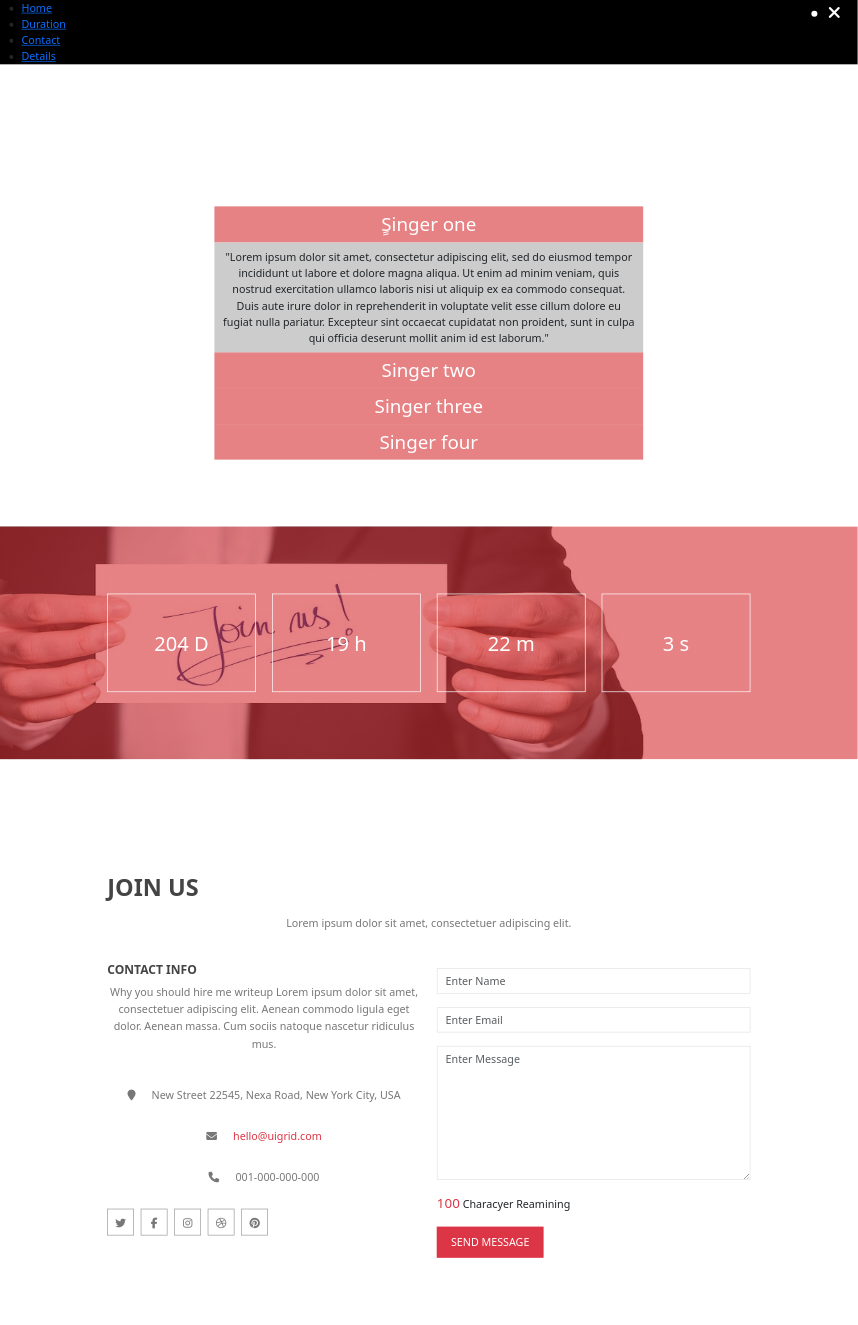
Repository: HagarYousry/jQuery
Page: index.html
These files come from the project's save history. The page is drawn as it stood at one moment and after the next save; the edit follows.
The browser window is 1280 px wide. The pictures show the whole page, at 67% of full size.

Above is the page before, as saved 2024-07-25 18:01:14.

### index.html
<!DOCTYPE html>
<html lang="en">

<head>
    <meta charset="UTF-8">
    <meta name="viewport" content="width=device-width, initial-scale=1.0">
    <title>Egyption party</title>
    <!-- web fonts  -->
    <link rel="stylesheet" href="css/all.min.css">
    <!-- bootstrap -->
    <link rel="stylesheet" href="css/bootstrap.min.css">
    <!-- main css -->
    <link rel="stylesheet" href="css/main.css">
</head>

<body>
    <div id="home">
        <div class="home-content">

            <div class="sideNav bg-black">
                <ul>
                    <li class="p-0 closeIcon">
                        <i class="fa-solid fa-xmark "></i>
                    </li>
                     <li ><a class="sideNav-link" href="#home">Home</a></li>
                     <li ><a class="sideNav-link" href="#Acordion">Duration</a></li>
                     <li ><a class="sideNav-link" href="#contact">Contact</a></li>
                     <li ><a class="sideNav-link" href="#count">Details</a></li>
                </ul>
            </div>

            <div class="home-title text-center text-white">
                <h1>ُEgyption Party</h1>
                <p>Let's have Fun</p>
            </div>


        </div>
    </div>










    <!-- ! start sideNav section -->
    <!-- <section id="sideNav">
        <div class="navAnchor bg-black">
            <ul>
                <li class="p-0 closeIcon">
                    <i class="fa-solid fa-xmark "></i>
                </li>
                 <li ><a class="sideNav-link" href="#home">Home</a></li>
                 <li ><a class="sideNav-link" href="#Acordion">Duration</a></li>
                 <li ><a class="sideNav-link" href="#contact">Contact</a></li>
                 <li ><a class="sideNav-link" href="#count">Details</a></li>
            </ul>
        </div>

        <div class="navIcon align-self-center bg-danger bg-opacity-50 m-1 text-white p-2">
            <div class="navIcon-content d-flex align-items-center">
                <i class="fa-solid fa-bars"></i>
                <h4 class="ms-2">open</h4>
            </div>
        </div>
    </section> -->
    <!--! end sideNav section -->

    <!--! start header section  -->
    <!-- <header id="home" class="d-flex justify-content-center align-items-center flex-column">
        <div class="home-content text-center text-white">
            <h1>ُEgyption Party</h1>
            <p>Let's have Fun</p>
        </div>
    </header> -->
    <!--! end header section  -->

    <!-- start Acordion section  -->
    <section id="Acordion" class="text-center">

        <div class="container-fluid w-50 ">
            <h3 class="toggle ">ٍSinger one</h3>
            <div class="inner first">"Lorem ipsum dolor sit amet, consectetur adipiscing elit, sed do eiusmod tempor
                incididunt ut labore et dolore magna aliqua. Ut enim ad minim veniam, quis nostrud exercitation ullamco
                laboris nisi ut aliquip ex ea commodo consequat. Duis aute irure dolor in reprehenderit in voluptate
                velit
                esse cillum dolore eu fugiat nulla pariatur. Excepteur sint occaecat cupidatat non proident, sunt in
                culpa
                qui officia deserunt mollit anim id est laborum."
            </div>


            <h3 class="toggle">Singer two</h3>
            <div class="inner">"Sed ut perspiciatis unde omnis iste natus error sit voluptatem accusantium doloremque
                laudantium, totam rem aperiam, eaque ipsa quae ab illo inventore veritatis et quasi architecto beatae
                vitae
                dicta sunt explicabo. Nemo enim ipsam voluptatem quia voluptas sit aspernatur aut odit aut fugit, sed
                quia
                consequuntur magni dolores eos qui ratione voluptatem sequi nesciunt. Neque porro quisquam est, qui
                dolorem
                ipsum quia dolor sit amet, consectetur, adipisci velit, sed quia non numquam eius modi tempora incidunt
                ut
                labore et dolore magnam aliquam quaerat voluptatem. Ut enim ad minima veniam, quis nostrum
                exercitationem
                ullam corporis suscipit laboriosam, nisi ut aliquid ex ea commodi consequatur? Quis autem vel eum iure
                reprehenderit qui in ea voluptate velit esse quam nihil molestiae consequatur, vel illum qui dolorem eum
                fugiat quo voluptas nulla pariatur?"
            </div>


            <h3 class="toggle">Singer three</h3>
            <div class="inner">"But I must explain to you how all this mistaken idea of denouncing pleasure and praising
                pain was born and I will give you a complete account of the system, and expound the actual teachings of
                the
                great explorer of the truth, the master-builder of human happiness. No one rejects, dislikes, or avoids
                pleasure itself, because it is pleasure, but because those who do not know how to pursue pleasure
                rationally
                encounter consequences that are extremely painful. Nor again is there anyone who loves or pursues or
                desires
                to obtain pain of itself, because it is pain, but because occasionally circumstances occur in which toil
                and
                pain can procure him some great pleasure. To take a trivial example, which of us ever undertakes
                laborious
                physical exercise, except to obtain some advantage from it? But who has any right to find fault with a
                man
                who chooses to enjoy a pleasure that has no annoying consequences, or one who avoids a pain that
                produces no
                resultant pleasure?"
            </div>


            <h3 class="toggle">Singer four</h3>
            <div class="inner">"At vero eos et accusamus et iusto odio dignissimos ducimus qui blanditiis praesentium
                voluptatum deleniti atque corrupti quos dolores et quas molestias excepturi sint occaecati cupiditate
                non
                provident, similique sunt in culpa qui officia deserunt mollitia animi, id est laborum et dolorum fuga.
                Et
                harum quidem rerum facilis est et expedita distinctio. Nam libero tempore, cum soluta nobis est eligendi
                optio cumque nihil impedit quo minus id quod maxime placeat facere possimus, omnis voluptas assumenda
                est,
                omnis dolor repellendus. Temporibus autem quibusdam et aut officiis debitis aut rerum necessitatibus
                saepe
                eveniet ut et voluptates repudiandae sint et molestiae non recusandae. Itaque earum rerum hic tenetur a
                sapiente delectus, ut aut reiciendis voluptatibus maiores alias consequatur aut perferendis doloribus
                asperiores repellat."

            </div>

        </div>
    </section>
    <!-- end Acordion section  -->

    <!-- start count section  -->
    <section id="count">
        <div class="container-fluid w-75 text-center text-white">
            <div class="row">
                <div class="col-md-3">
                    <div class="time">
                        <span class="days">00</span>
                    </div>
                </div>

                <div class="col-md-3">
                    <div class="time">
                        <span class="hours">00</span>
                    </div>
                </div>

                <div class="col-md-3">
                    <div class="time">
                        <span class="minutes">00</span>
                    </div>
                </div>

                <div class="col-md-3">
                    <div class="time">
                        <span class="seconds">00</span>
                    </div>
                </div>

            </div>
        </div>
    </section>
    <!-- end count section  -->

    <!-- start contact-us section  -->
    <section id="contact">
        <div class="container-fluid w-75">
            <div class="head">
                <h2 class="text-uppercase fw-bold">Join Us</h2>
                <p class="text-center">Lorem ipsum dolor sit amet, consectetuer adipiscing elit.</p>
            </div>
            <div class="row mt-5">
                <div class="col-md-6">
                    <div class="col-info">
                        <h3 class="text-uppercase">CONTACT INFO</h3>
                        <p class="text-center">Why you should hire me writeup Lorem ipsum dolor sit amet, consectetuer
                            adipiscing elit.
                            Aenean commodo ligula eget dolor. Aenean massa. Cum sociis natoque nascetur ridiculus mus.
                        </p>

                        <div class="icons text-center">
                            <p><i class="fa fa-map-marker"></i> New Street 22545, Nexa Road, New York City, USA</p>

                            <p class="text-danger"><i class="fa fa-envelope"></i> hello@uigrid.com</p>
                            <p><i class="fa fa-phone"></i> 001-000-000-000</p>
                        </div>

                        <div class="social d-flex align-items-center">

                            <i class="fab fa-twitter fa-fw"></i>
                            <i class="fab fa-facebook-f fa-fw"></i>
                            <i class="fab fa-instagram fa-fw"></i>
                            <i class="fab fa-dribbble fa-fw"></i>
                            <i class="fab fa-pinterest fa-fw"></i>

                        </div>
                    </div>
                </div>

                <div class="col-md-6">
                    <form>

                        <input class="form-control mt-2" type="text" placeholder="Enter Name">
                        <input class="form-control" type="email" placeholder="Enter Email">
                        <textarea class="form-control " placeholder="Enter Message"></textarea>
                        <span id="chars" class="text-danger">100</span> Characyer Reamining
                        <button class="btn btn-danger text-uppercase">Send Message</button>

                    </form>
                </div>
            </div>
        </div>
    </section>
    <!-- end contact-us section  -->


    <!-- jquery  -->
    <script src="js/jquery-3.7.1.min.js"></script>
    <!-- index js  -->
    <script src="js/index.js"></script>


</body>

</html>

### css/main.css

#sideNav {
    position: fixed;
    top: 0;
    bottom: 0;
    left: 0;
    display: flex;
    z-index: 9999;
}

#sideNav .navAnchor {
    padding: 40px 0 0 0;
    position: relative;
}

#sideNav .navAnchor ul {
    padding: 0 20px 0 20px;
}

#sideNav .navAnchor ul li {
    padding: 25px;
    list-style: none;
    cursor: pointer;
}

#sideNav .navAnchor ul li:hover a {
    color: rgba(214, 46, 51, 0.4);
}

#sideNav .navAnchor ul li a {
    text-decoration: none;
    font-size: 25px;
    color: white;
    transition: 0.3s all;
}


.closeIcon {
    position: absolute;
    top: 0;
    right: 25px;
    font-size: 26px;
    margin-left: 50px;
    color: white;
}

.navIcon {
    border-radius: 20px 20px;
}

.navIcon i,
.navIcon h4 {
    font-size: 30px;
    cursor: pointer;
}

@media (max-width: 991.98px) {
    .navIcon {
        align-self: flex-start !important;
    }

    .navIcon .navIcon-content {
        flex-direction: column;
    }
}


header {
    height: 100vh;
    background-image: linear-gradient(rgba(214, 46, 51, 0.6), rgba(214, 46, 51, 0.6)),
        url(../imgs/events-heavenly-header.jpg);
    background-position: center;
    background-size: cover;
    background-repeat: no-repeat;
}

header h1 {
    font-size: 60px;
}



/* start Acordion section  */
#Acordion {
    padding: 100px auto;
}

.toggle {
    background-color: rgba(214, 46, 51, 0.6);
    cursor: pointer;
    color: white;
    padding: 10px;
    margin: 0px;
}

.inner {
    background-color: rgb(204, 204, 204);
    display: none;
    padding: 10px;
}

#Acordion .first {
    display: block;
}

/* end Acordion section  */

/* start count section  */

#count {
    background-image: linear-gradient(rgba(214, 46, 51, 0.6), rgba(214, 46, 51, 0.6)), url(../imgs/invitation-2508607__340.jpg);
    background-repeat: no-repeat;
    background-position: center center;
    background-size: 100% 100%;
    position: relative;
}

.container-fluid {
    padding: 100px 0px;
}

.time {
    padding: 50px;
    border: 1px solid #FFF;
    font-weight: 500;
    font-size: 30px;
}

/* end count section  */

/* start contact-us section  */
#contact {
    margin-top: 70px;
}

#contact .head h2 {
    font-size: 35px;
    color: #444;
    margin-bottom: 20px;
}

#contact .head p {
    color: #777;
    font-weight: 300;
    font-size: 16px;
}

#contact .col-md-6 .col-info .icons {
    margin-top: 50px;
}

#contact .col-md-6 .col-info .icons p {
    margin-bottom: 35px;
}

#contact .col-md-6 .col-info h3 {
    color: #444;
    font-size: 18px;
    font-weight: 900;
}

#contact .col-md-6 .col-info p {
    font-size: 16px;
    line-height: 26px;
    color: #777;
}

#contact i {
    margin-right: 20px;
    color: #777;
}

#contact .col-md-6 .col-info .social i {
    margin-right: 10px;
    border: 1px solid #999;
    width: 40px;
    height: 40px;
    line-height: 42px;
    cursor: pointer;
    text-align: center;
    transition: 0.5s all;
}

#contact .col-md-6 .col-info .social i:hover {
    color: #fff;
    background-color: #D62E33;
    border: 1px solid #D62E33;
}

#contact .col-md-6 form input,
#contact .col-md-6 form textarea {
    margin-bottom: 20px;
    border-radius: 0;
}

#contact .col-md-6 form textarea {
    height: 200px;
    resize: vertical;
}

#contact .col-md-6 form button {
    padding: 10px 20px;
    border-radius: 0;
    margin-top: 20px;
    display: block;
}

#contact .col-md-6 form #chars {
    font-size: 20px;
}
/* end contact-us section  */

### js/index.js
/// <reference types="../@types/jquery"/>

// start sideNav section

const navAnchorwidth = $('.navAnchor').outerWidth(true);

// console.log(navAnchorwidth);

//! first: Close sideNav
$('#sideNav')
    .animate({ left: -navAnchorwidth }, 0);

let isOpen = false

//! second: on click "navIcon" ,toggle open & close sideNav
$('#sideNav .navIcon')
    .on('click', function () {
        let status;
        // = isOpen ? -navAnchorwidth : 0;
        if (isOpen) {
            status = -navAnchorwidth
            $('.home-content').animate({ marginLeft: 0 }, 1000)
        } else {
            status = 0
            $('.home-content').animate({ marginLeft: navAnchorwidth }, 1000)
        }
        isOpen = !isOpen;

        $(this).parent()
            .animate({ left: status }, 1000)

    })

//! closeIcon
$('.closeIcon')
    .on('click', function () {
        isOpen = !isOpen;
        $('#sideNav')
            .animate({ left: -navAnchorwidth }, 1000);
        $('.home-content').animate({ marginLeft: 0 }, 1000)
    })


//! scroll to sections
$('.sideNav-link[href^="#"]')
    .on('click', function () {
        const sectionId = $(this).attr('href');
        // console.log(section);
        //! get section top
        const sectionTop = $(sectionId).offset().top;
        // console.log(top);
        $('html , body')
            .animate({ scrollTop: sectionTop }, 2000)
    })

// end sideNav section

// start Acordion section
//! slideToggle effect
$('#Acordion .toggle').on('click', function () {
    //! slide up all inner except the one i clicked on
    $('.inner').not($(this).next()).slideUp(500);
    //! slide toggle
    $(this).next().slideToggle(500);
});
// end Acordion section

//start count section
$(window).on('load', function () {
    countDownTime("24 january 2025 00:00:00");
})


function countDownTime(countTo) {

    //! get countTo date
    let futureDate = new Date(countTo);
    futureDate = (futureDate.getTime() / 1000);
    // console.log(futureDate);

    //! get current date
    let now = new Date();
    // console.log(now);
    now = (now.getTime() / 1000);

    //! get the difference between current date and countTo date by sec
    timeDifference = (futureDate - now);

    //?(24 * 60 * 60) ==> num. of sec in day ==> 86400
    let days = Math.floor(timeDifference / 86400);
    let hours = Math.floor((timeDifference - (days * 86400)) / 3600);
    let mins = Math.floor((timeDifference - (days * 86400) - (hours * 3600)) / 60);
    let secs = Math.floor((timeDifference - (days * 86400) - (hours * 3600) - (mins * 60)))


    $(".days").html(`${days} D`);
    $(".hours").html(`${hours} h`);
    $(".minutes").html(`${mins} m`);
    $('.seconds').html(`${secs} s`)

    //! Repeating the Countdown Every Second
    setInterval(function () {
        countDownTime(countTo);
    }, 1000);
}
//end count section

//start contact-us section
let maxLength = 100;
$('textarea').on('keyup', function () {
    //! val as getter ==> lenght
    let length = $(this).val().length;
    // console.log(length);
    let AmountLeft = maxLength - length;
    console.log(AmountLeft);
    if (AmountLeft <= 0) {
        $("#chars").text("your available characters finished");
    }
    else {
        $("#chars").text(AmountLeft);
    }
});
//end contact-us section

Loaded but not shown: css/all.min.css (library); css/bootstrap.min.css (library); js/jquery-3.7.1.min.js (library)

After the next save:
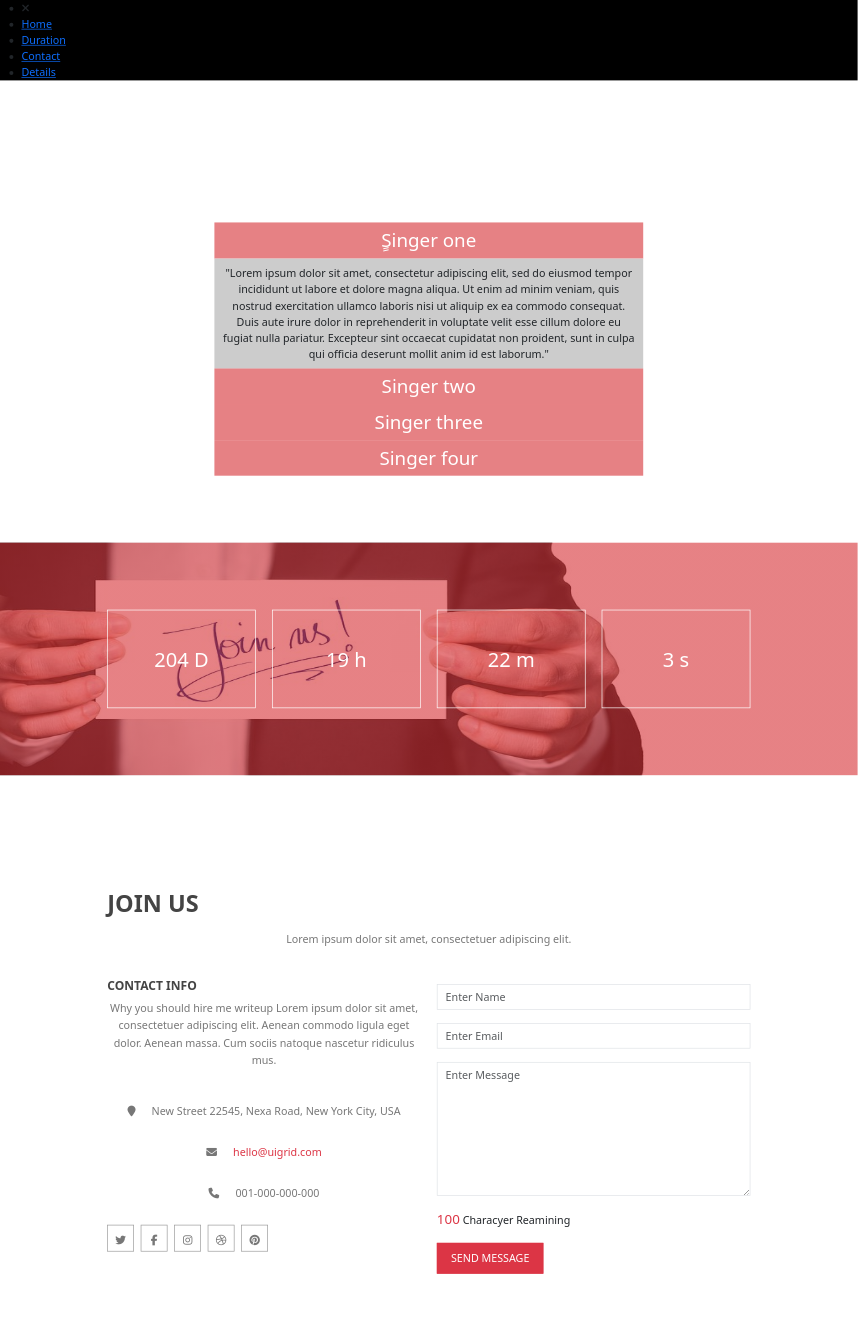
Saved 6 s later.
--- a/css/main.css
+++ b/css/main.css
@@ -1,5 +1,5 @@
 
-#sideNav {
+/* #sideNav {
     position: fixed;
     top: 0;
     bottom: 0;
@@ -76,7 +76,7 @@ header {
 
 header h1 {
     font-size: 60px;
-}
+} */
 
 
 
